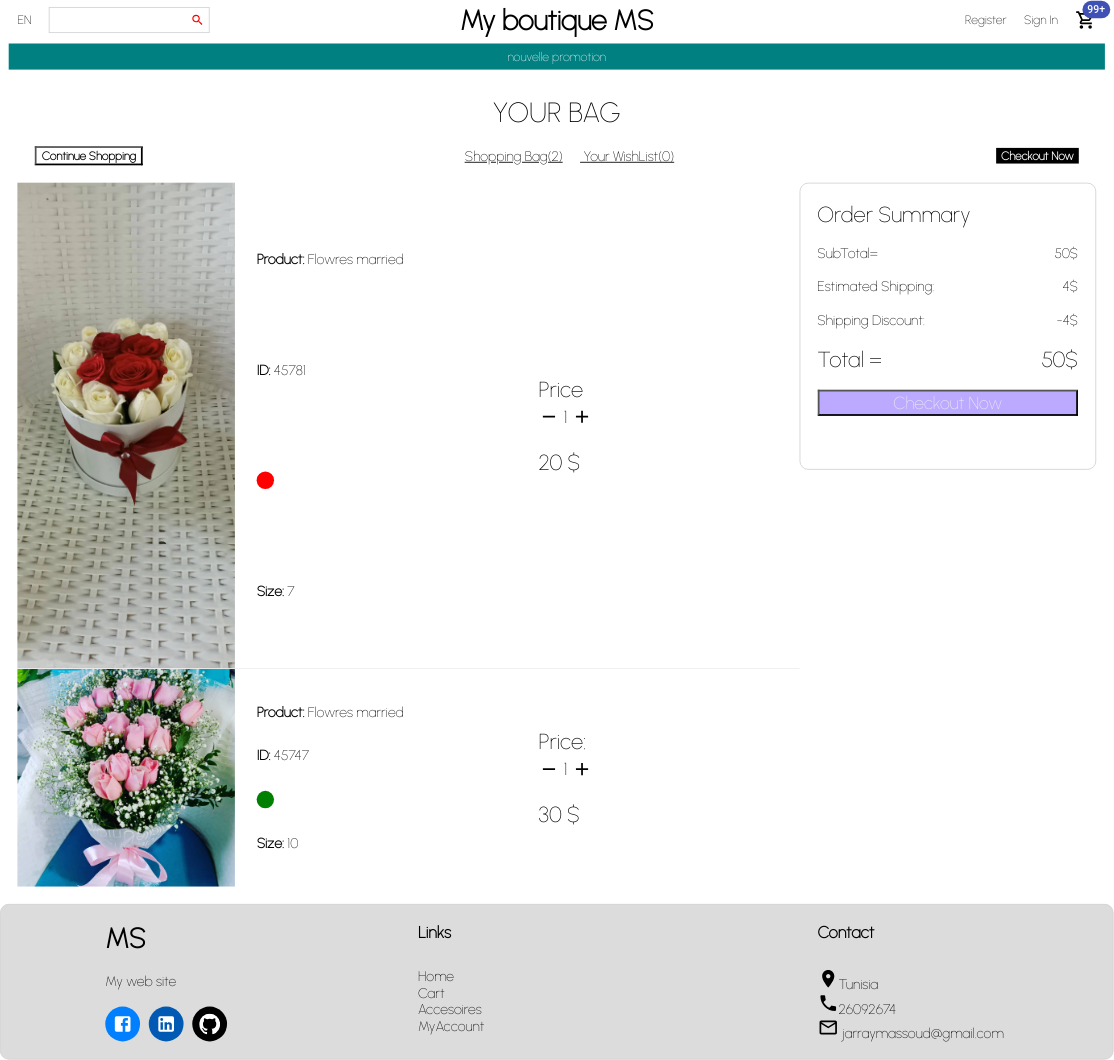
Repository: jarraymassaoud/react-web
Page: /
An editor plug-in stored every save of this project. The page is shown before and after the next save, followed by the edit.
The browser window is 1280 px wide. The pictures show the whole page, at 87% of full size.
The project was rebuilt for these pictures with package versions that can differ from the ones it lists, and the page was loaded fresh each time. Also part of the build but not shown: src/pages/Login.jsx, src/data.js, src/components/Slider.jsx, src/components/CategoryItem.jsx, src/components/Categories.jsx, src/components/Product.jsx, src/components/Products.jsx, src/components/Newsletter.jsx and 2 more.

Above is the page before, as saved 2022-05-31 22:31:03.

### public/index.html
<!DOCTYPE html>
<html lang="en">
  <head>
    <meta charset="utf-8" />
    <link rel="icon" href="%PUBLIC_URL%/favicon.ico" />
    <meta name="viewport" content="width=device-width, initial-scale=1" />
    <meta name="theme-color" content="#000000" />
    <meta
      name="description"
      content="Web site created using create-react-app"
    />
    <link rel="preconnect" href="https://fonts.googleapis.com" />
    <link rel="preconnect" href="https://fonts.gstatic.com" crossorigin />
    <link
      href="https://fonts.googleapis.com/css2?family=Urbanist:wght@100&display=swap"
      rel="stylesheet"
    />
    <style>
      * {
        margin: 0;
        font-family: "Urbanist", sans-serif;
      }
    </style>
    <!--
      manifest.json provides metadata used when your web app is installed on a
      user's mobile device or desktop. See https://developers.google.com/web/fundamentals/web-app-manifest/
    -->
    <!--
      Notice the use of %PUBLIC_URL% in the tags above.
      It will be replaced with the URL of the `public` folder during the build.
      Only files inside the `public` folder can be referenced from the HTML.

      Unlike "/favicon.ico" or "favicon.ico", "%PUBLIC_URL%/favicon.ico" will
      work correctly both with client-side routing and a non-root public URL.
      Learn how to configure a non-root public URL by running `npm run build`.
    -->
    <title>React App</title>
  </head>
  <body>
    <noscript>You need to enable JavaScript to run this app.</noscript>
    <div id="root"></div>
    <!--
      This HTML file is a template.
      If you open it directly in the browser, you will see an empty page.

      You can add webfonts, meta tags, or analytics to this file.
      The build step will place the bundled scripts into the <body> tag.

      To begin the development, run `npm start` or `yarn start`.
      To create a production bundle, use `npm run build` or `yarn build`.
    -->
  </body>
</html>

### src/App.jsx
import React from "react";
import Cart from "./pages/Cart";
import Login from "./pages/Login";
import Home from "./pages/Home";
import Bunch from "./pages/Bunch";

const App = () => {
  return <Cart />;
};

export default App;

### src/pages/Cart.jsx
import { Remove, Add } from "@material-ui/icons";
import styled from "styled-components";
import Annonce from "../components/Annonce";
import Footer from "../components/Footer";
import Navbar from "../components/Navbar";
const Container = styled.div``;
const Wrapper = styled.div`
  padding: 20px;
`;

const Title = styled.h1`
  font-weight: 300;
  text-align: center;
`;
const Top = styled.div`
  display: flex;
  align-items: center;
  justify-content: space-between;
  padding: 20px;
`;
const TopButton = styled.button`
  font-weight: 600;
  text-align: center;
  cursor: pointer;
  border: ${(props) => props.type === "filled" && "none"};
  background-color: ${(props) =>
    props.type === "filled" ? "black" : "transparent"};
  color: ${(props) => props.type === "filled" && "white"};
`;
const TopTexts = styled.div``;
const TopText = styled.span`
  text-decoration: underline;
  cursor: pointer;
  margin: 0px 10px;
`;
const Bottom = styled.div`
  display: flex;
  justify-content: space-between;
`;
const Info = styled.div`
  flex: 3;
`;
const Product = styled.div`
  display: flex;
  justify-content: space-between;
`;
const ProductDetail = styled.div`
  flex: 2;
  display: flex;
`;
const Image = styled.img`
  width: 250px;
`;
const Details = styled.div`
  margin: 5px;
  padding: 20px;
  display: flex;
  flex-direction: column;
  justify-content: space-around;
`;
const ProductName = styled.span``;
const ProductId = styled.span``;
const ProductColor = styled.div`
  width: 20px;
  height: 20px;
  border-radius: 50%;
  background: ${(props) => props.color};
`;
const ProductSize = styled.span``;
const PriceDetail = styled.div`
  font-size: 25px;
  flex: 1;
  display: flex;
  flex-direction: column;
  align-content: center;
  justify-content: center;
`;

const ProductAmountContainer = styled.div`
  margin-bottom: 20px;
  display: flex;
  align-items: center;
`;
const ProductAmount = styled.div`
  font-size: 20px;
  margin: 5px;
`;
const ProductPrice = styled.div`
  font-size: 25px;
  font-weight: 300;
`;

const Hr = styled.hr`
  background-color: #eee;
  border: none;
  height: 1px;
`;
const Summary = styled.div`
  flex: 1;
  border: 0.5px solid lightgray;
  border-radius: 10px;
  padding: 20px;
  height: 40vh;
`;
const SummaryTitle = styled.h1`
  font-weight: 300;
  font-size: 25px;
`;
const SummaryItem = styled.div`
  margin: 20px 0px;
  display: flex;
  justify-content: space-between;
  font-weight: ${(props) => props.type === "total" && "500"};
  font-size: ${(props) => props.type === "total" && "25px"};
`;

const SummaryItemText = styled.span``;
const SummaryItemPrice = styled.span``;
const Button = styled.button`
  width: 100%;
  background-color: #baf;
  color: #eee;
  cursor: pointer;
  border: 50%;
  font-weight: 300;
  font-size: 20px;
`;
const Cart = () => {
  return (
    <Container>
      <Navbar />
      <Annonce />
      <Wrapper>
        <Title>YOUR BAG</Title>
        <Top>
          <TopButton> Continue Shopping</TopButton>
          <TopTexts>
            <TopText>Shopping Bag(2)</TopText>
            <TopText> Your WishList(0)</TopText>
          </TopTexts>
          <TopButton type="filled"> Checkout Now</TopButton>
        </Top>
        <Bottom>
          <Info>
            <Product>
              <ProductDetail>
                <Image src="images/img26.jpg" />
                <Details>
                  <ProductName>
                    <b>Product:</b> Flowres married
                  </ProductName>
                  <ProductId>
                    <b>ID:</b> 45781
                  </ProductId>
                  <ProductColor color="red" />

                  <ProductSize>
                    <b>Size:</b> 7
                  </ProductSize>
                </Details>
              </ProductDetail>
              <PriceDetail>
                Price
                <ProductAmountContainer>
                  <Remove />

                  <ProductAmount>1</ProductAmount>
                  <Add />
                </ProductAmountContainer>
                <ProductPrice>20 $</ProductPrice>
              </PriceDetail>
            </Product>

            <Hr />
            <Product>
              <ProductDetail>
                <Image src="images/img30.jpg" />
                <Details>
                  <ProductName>
                    <b>Product:</b> Flowres married
                  </ProductName>
                  <ProductId>
                    <b>ID:</b> 45747
                  </ProductId>
                  <ProductColor color="green" />

                  <ProductSize>
                    <b>Size:</b> 10
                  </ProductSize>
                </Details>
              </ProductDetail>
              <PriceDetail>
                Price:
                <ProductAmountContainer>
                  <Remove />

                  <ProductAmount>1</ProductAmount>
                  <Add />
                </ProductAmountContainer>
                <ProductPrice>30 $</ProductPrice>
              </PriceDetail>
            </Product>
          </Info>
          <Summary>
            <SummaryTitle>Order Summary</SummaryTitle>
            <SummaryItem>
              <SummaryItemText>SubTotal= </SummaryItemText>
              <SummaryItemPrice>50$</SummaryItemPrice>
            </SummaryItem>

            <SummaryItem>
              <SummaryItemText>Estimated Shipping:</SummaryItemText>
              <SummaryItemPrice> 4$</SummaryItemPrice>
            </SummaryItem>
            <SummaryItem>
              <SummaryItemText>Shipping Discount:</SummaryItemText>
              <SummaryItemPrice> -4$</SummaryItemPrice>
            </SummaryItem>
            <SummaryItem type="total">
              <SummaryItemText>Total =</SummaryItemText>
              <SummaryItemPrice> 50$</SummaryItemPrice>
            </SummaryItem>
            <Button> Checkout Now</Button>
          </Summary>
        </Bottom>
      </Wrapper>
      <Footer />
    </Container>
  );
};

export default Cart;

### src/components/Annonce.jsx
import styled from "styled-components";

const Container = styled.div`
  height: 30px;
  background-color: teal;
  color: white;
  display: flex;
  align-items: center;
  justify-content: center;
  font-size: 14px;
  font-weight: 500;
  margin: 10px;
`;

const Annonce = () => {
  return (
    <div>
      <Container>nouvelle promotion</Container>
    </div>
  );
};

export default Annonce;

### src/components/Footer.jsx
import {
  Facebook,
  GitHub,
  LinkedIn,
  MailOutline,
  Phone,
  Room,
} from "@material-ui/icons";
import React from "react";
import styled from "styled-components";
const Container = styled.div`
  display: flex;
  border: 0.5px solid lightgray;
  border-radius: 10px;
  background-color: gainsboro;
`;
const Left = styled.div`
  flex: 1;
  display: flex;
  padding: 20px;
  flex-direction: column;
  margin-left: 100px;
`;
const Logo = styled.h1``;
const Desc = styled.p`
  margin: 20px 0px;
`;
const SocialContainer = styled.div`
  display: flex;
`;
const SocialIcon = styled.div`
  width: 40px;
  height: 40px;
  border-radius: 50%;
  color: white;
  background-color: #${(props) => props.color};
  display: flex;
  align-items: center;
  justify-content: center;
  margin-right: 10px;
`;

const Center = styled.div`
  flex: 1;
  padding: 20px;
  align-items: center;
  justify-content: center;
`;
const Title = styled.h3`
  margin-bottom: 30px;
`;
const List = styled.ul`
  margin: 0px;
  padding: 0px;
  list-style: none;
  flex-wrap: wrap;
`;
const ListItem = styled.li`
  width: 50%;
`;
const Right = styled.div`
  flex: 1;
  padding: 20px;
  justify-content: center;
  align-items: center;
  margin-left: 100px;
`;
const ContactItem = styled.div``;

const Footer = () => {
  return (
    <Container>
      <Left>
        <Logo> MS</Logo>
        <Desc>My web site</Desc>
        <SocialContainer>
          <SocialIcon color="0080ff">
            <Facebook />
          </SocialIcon>
          <SocialIcon color="0059b3">
            <LinkedIn />
          </SocialIcon>
          <SocialIcon color="000000">
            <GitHub />
          </SocialIcon>
        </SocialContainer>
      </Left>
      <Center>
        <Title> Links</Title>
        <List>
          <ListItem>Home</ListItem>
          <ListItem>Cart</ListItem>
          <ListItem>Accesoires</ListItem>
          <ListItem>MyAccount</ListItem>
        </List>
      </Center>
      <Right>
        <Title> Contact</Title>
        <ContactItem>
          <Room />
          Tunisia
        </ContactItem>
        <ContactItem>
          <Phone />
          26092674
        </ContactItem>
        <ContactItem>
          <MailOutline /> jarraymassoud@gmail.com
        </ContactItem>
      </Right>
    </Container>
  );
};

export default Footer;

### src/components/Navbar.jsx
import { Search, ShoppingCartOutlined } from "@material-ui/icons";
import { Badge } from "@material-ui/core";
import React from "react";
import styled from "styled-components";

const Container = styled.div`
  height: 40px;
`;

const Wrapper = styled.div`
  padding: 4px 20px;
  display: flex;
  justify-content: space-between;
`;

const Left = styled.div`
  flex: 1;
  display: flex;
  align-items: center;
`;

const Language = styled.span`
  font-size: 14px;
  cursor: pointer;
`;
const SearchContainer = styled.div`
  border: 0.5px solid lightgray;
  display: flex;
  align-items: center;
  margin-left: 20px;
  padding: 5px;
`;
const Input = styled.input`
  border: none;
`;
const Center = styled.div`
  flex: 1;
  text-align: center;
`;
const Logo = styled.h1`
  font-weight: bold;
  display: flex;
  justify-content: center;
`;
const Right = styled.div`
  flex: 1;
  display: flex;
  align-items: center;
  justify-content: flex-end;
`;
const MenuItem = styled.div`
  font-size: 14px;
  cursor: pointer;
  margin-left: 20px;
`;
const Navbar = () => {
  return (
    <Container>
      <Wrapper>
        <Left>
          <Language>EN</Language>
          <SearchContainer>
            <Input />
            <Search style={{ color: "red", fontSize: 16 }} />
          </SearchContainer>
        </Left>
        <Center>
          <Logo>My boutique MS</Logo>
        </Center>
        <Right>
          <MenuItem>Register</MenuItem>
          <MenuItem> Sign In</MenuItem>
          <MenuItem>
            <Badge badgeContent={100} color="primary" max={99}>
              <ShoppingCartOutlined />
            </Badge>
          </MenuItem>
        </Right>
      </Wrapper>
    </Container>
  );
};

export default Navbar;

Loaded but not shown: src/index.js (common file); src/index.css (common file); src/reportWebVitals.js (common file)

After the next save:
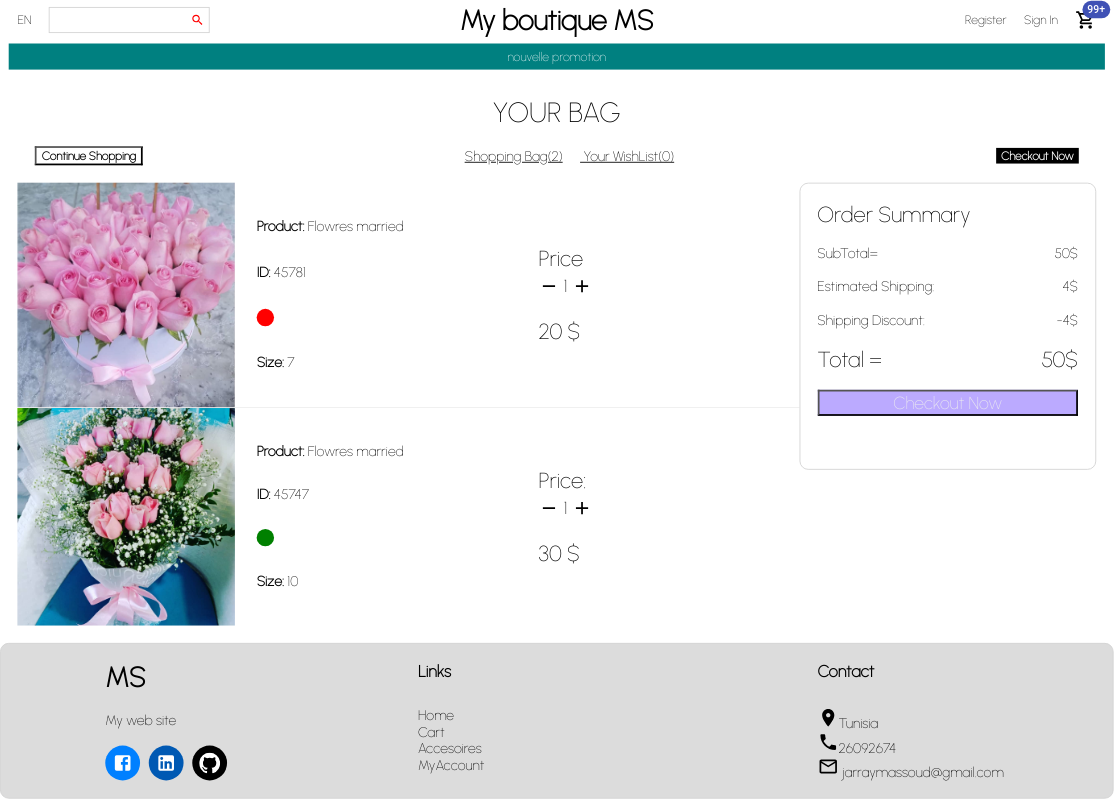
Saved 22 min 51 s later.
--- a/src/pages/Cart.jsx
+++ b/src/pages/Cart.jsx
@@ -144,7 +144,7 @@ const Cart = () => {
           <Info>
             <Product>
               <ProductDetail>
-                <Image src="images/img26.jpg" />
+                <Image src="images/img21.jpg" />
                 <Details>
                   <ProductName>
                     <b>Product:</b> Flowres married
